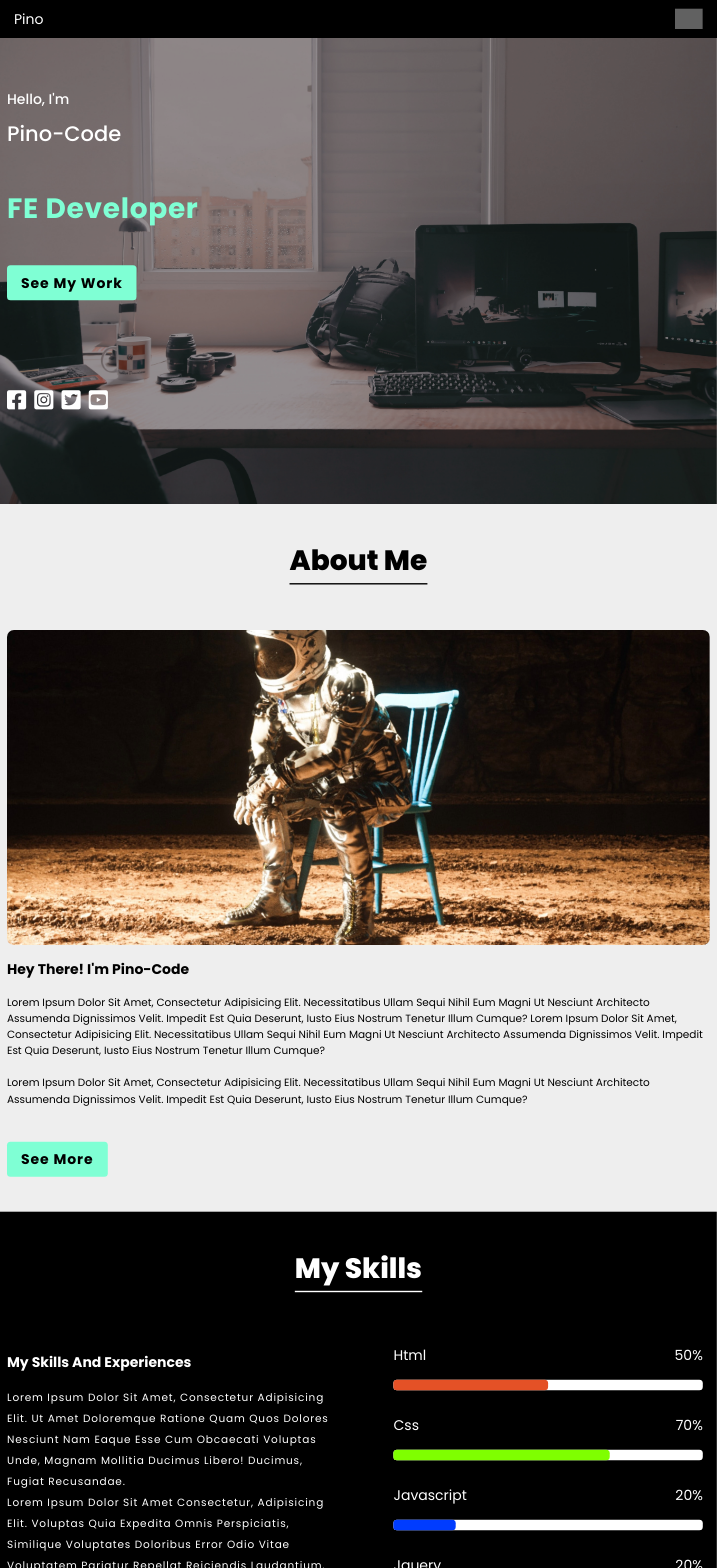
Repository: Pinocoding/New
Page: index.html
The author's editor kept a copy of each file at every save. The page is drawn from the files as they stood at one save, then again after the next save.
The browser window is 1024 px wide. The pictures show the part of the page from y = 0 to 2240 px (the page is 6212 px tall before and 6122 px after), at 70% of full size.
Pictures or frames that could not be fetched are drawn as grey boxes. Backgrounds fixed to the window are drawn as part of the page.

Above is the page before, as saved 2021-10-16 13:07:13.

After the next save:
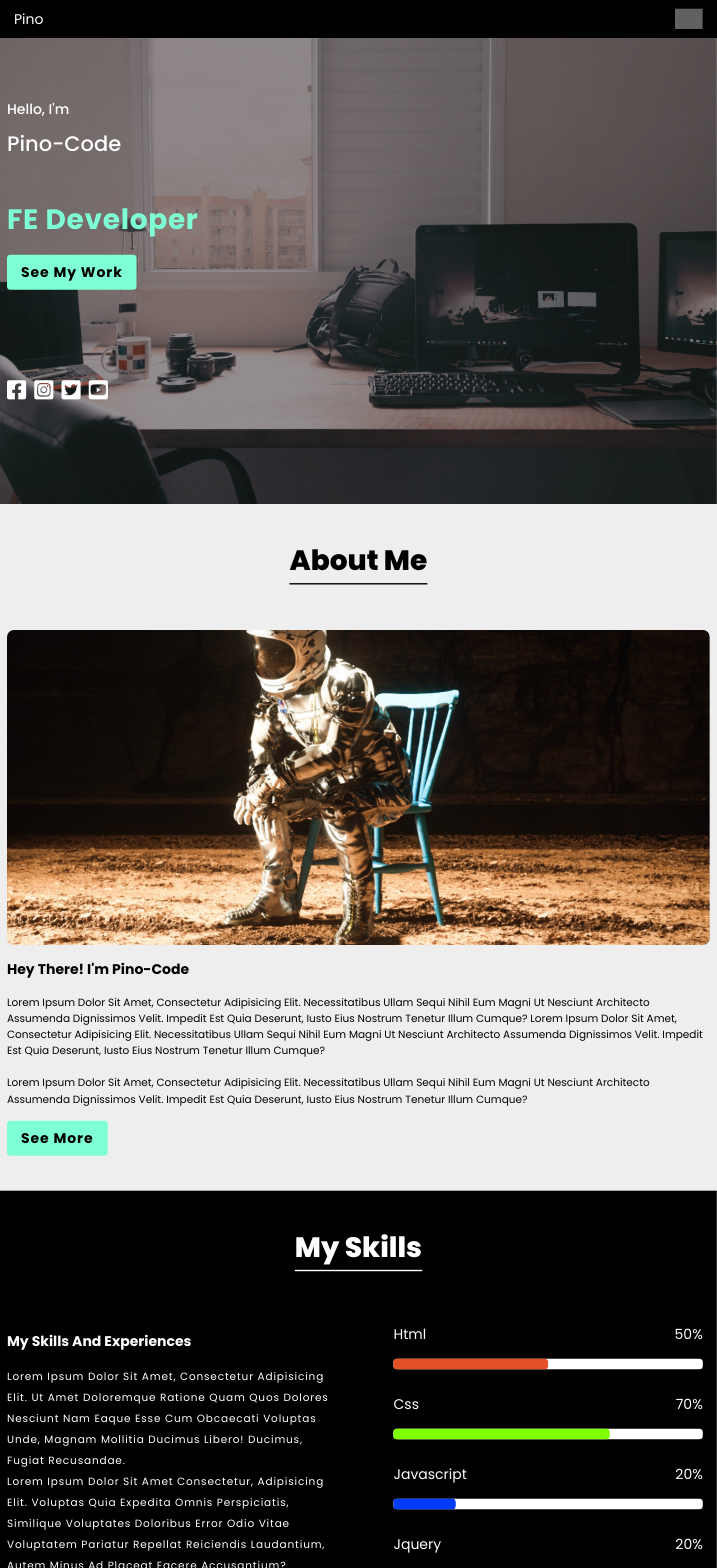
Saved 90 s later.
--- a/style.css
+++ b/style.css
@@ -631,6 +631,9 @@ section {
   section {
     padding: 5rem 1rem;
   }
+  .btn {
+    margin-top: 2rem;
+  }
 }
 /* setion about me  */
 .content-title {
